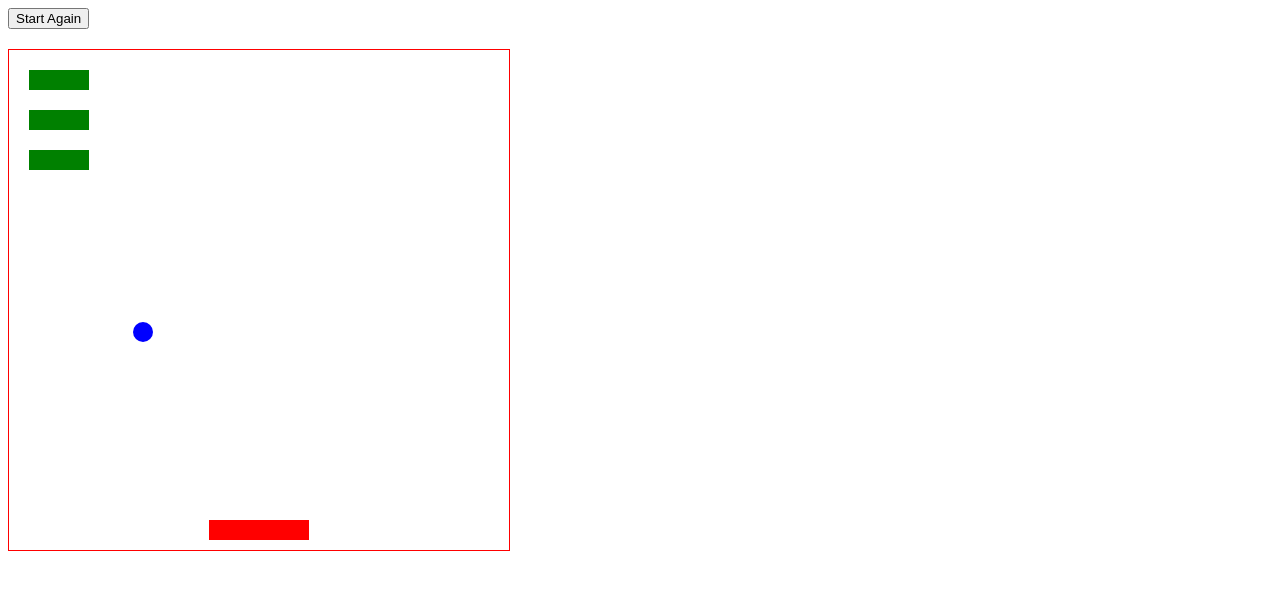
Repository: huynhsang96/CaseJS
Page: Demo_case/index.html
These files come from the project's save history. The page is drawn as it stood at one moment and after the next save; the edit follows.
The browser window is 1280 px wide. The pictures show the whole page.

Above is the page before, as saved 2022-02-19 20:49:36.

After the next save:
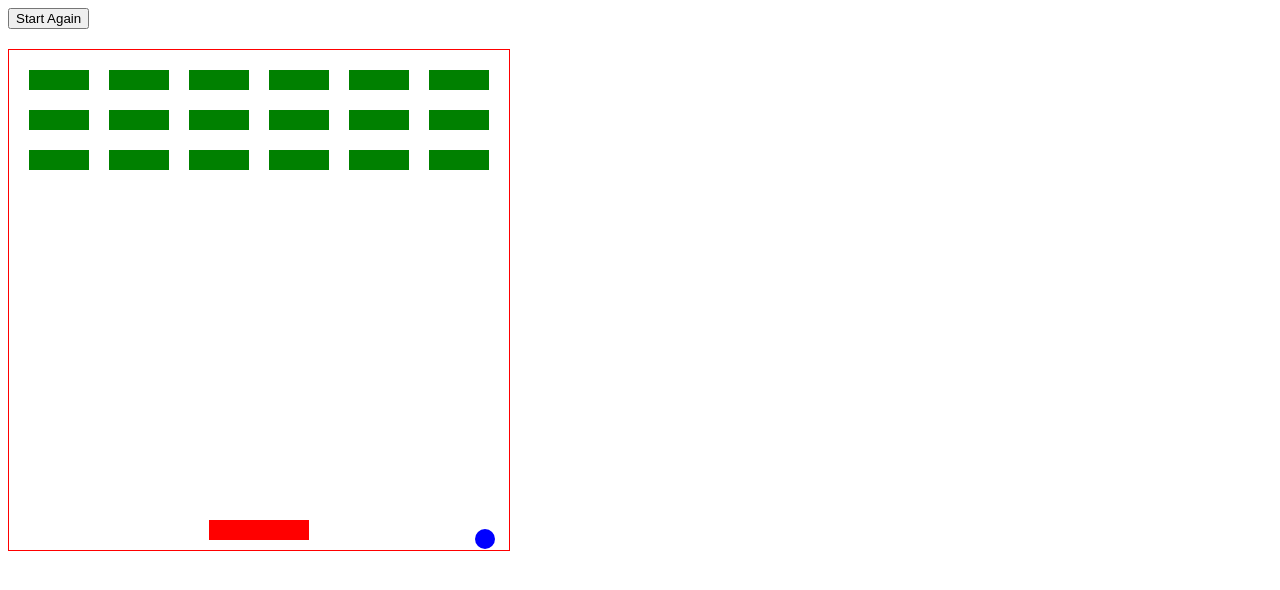
Saved 2 min 51 s later.
--- a/Demo_case/main.js
+++ b/Demo_case/main.js
@@ -62,6 +62,7 @@
 
             if(ball.x + ball.radius >= element.x &&
                 ball.x + ball.radius <= element.x + bricks.width &&
+                ball.y + ball.radius <= element.y + bricks.width &&
                 ball.y + ball.radius >= element.y){
                     ball.speedY = -ball.speedY;
                     element.isbroken = true;

After the 2 saves that followed:
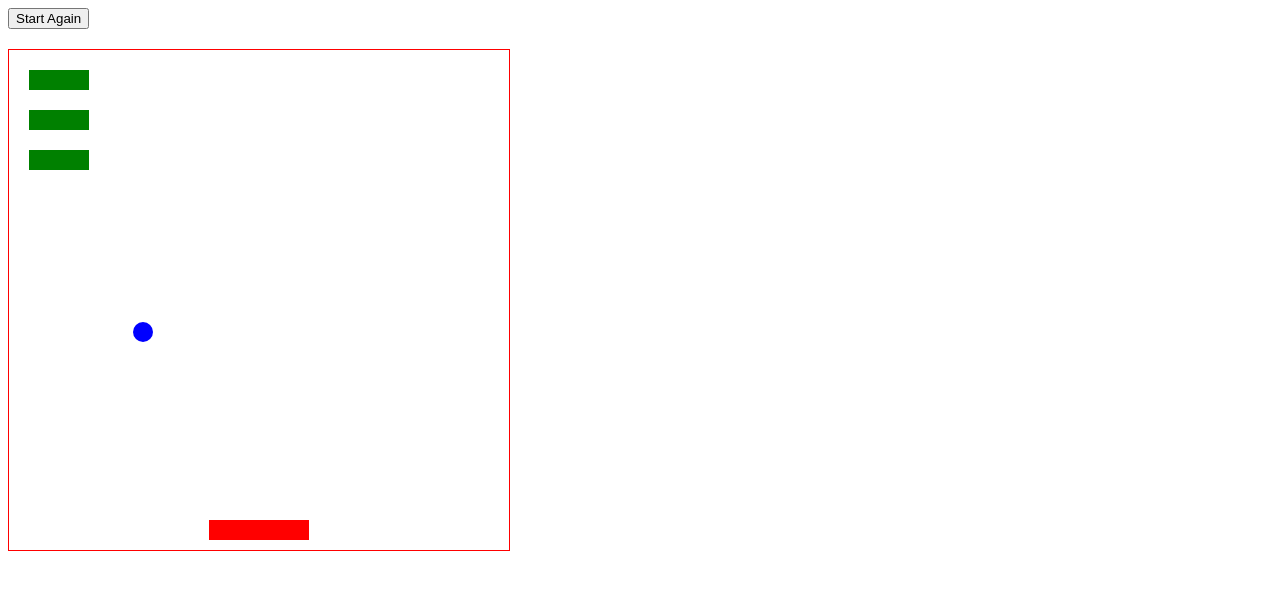
The 2 saves are shown as one change because 1 left the picture as it was.
The last was saved 6 min 30 s later.
--- a/Demo_case/main.js
+++ b/Demo_case/main.js
@@ -52,18 +52,23 @@
 function BricksCollision(){
     bricks.brickList.forEach(element =>{
         if(!element.isbroken){
-            if(ball.x + ball.radius >= element.x &&
-                ball.x + ball.radius <= element.x + bricks.width &&
-                ball.y + ball.radius >= element.y &&
-                ball.y + ball.radius <= element.y + bricks.height){
-                ball.speedY = -ball.speedY;
-                element.isbroken = true;
-            }
+            // if(ball.x + ball.radius >= element.x &&
+            //     ball.x + ball.radius <= element.x + bricks.width &&
+            //     ball.y + ball.radius >= element.y &&
+            //     ball.y + ball.radius <= element.y + bricks.height){
+            //     ball.speedY = -ball.speedY;
+            //     element.isbroken = true;
+            // }
 
             if(ball.x + ball.radius >= element.x &&
                 ball.x + ball.radius <= element.x + bricks.width &&
-                ball.y + ball.radius <= element.y + bricks.width &&
                 ball.y + ball.radius >= element.y){
+                    ball.speedY = -ball.speedY;
+                    element.isbroken = true;
+                }
+            if(ball.x + ball.radius >= element.x &&
+                ball.x + ball.radius <= element.x + bricks.width &&
+                ball.y + ball.radius <= element.y + bricks.height){
                     ball.speedY = -ball.speedY;
                     element.isbroken = true;
                 }
